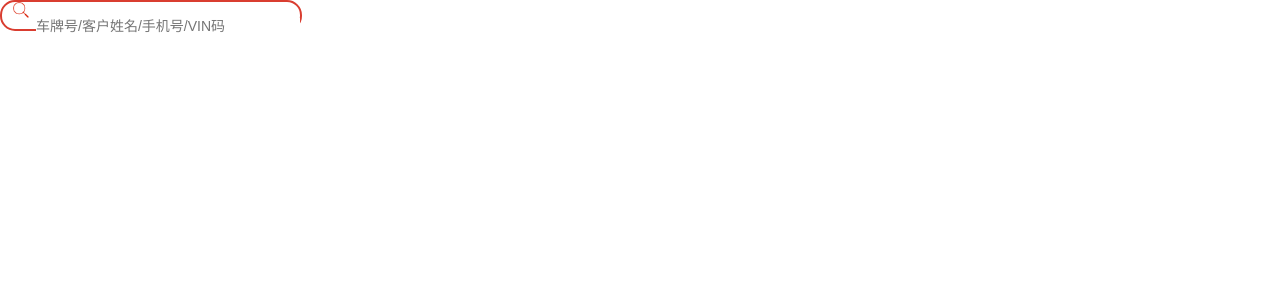
Repository: family-car/car
Page: deliverTask.html
These files come from the project's save history. The page is drawn as it stood at one moment and after the next save; the edit follows.
The browser window is 1280 px wide. The pictures show the whole page.

Above is the page before, as saved 2020-05-12 10:41:33.
Not found: src/js/entry/deliverTask.js

### deliverTask.html
<!-- HTML5文件 -->
<!DOCTYPE html>
<html>
<head>
	<meta charset="utf-8" />
	<meta name="viewport" content="width=device-width,minimum-scale=1.0,maximum-scale=1.0,user-scalable=no"/>
	<meta content="telephone=no,email=no" name="format-detection">
	<meta name="wap-font-scale" content="no">
	<title>送车任务</title>
	<!-- ui框架引入css -->
	<link href="lib/weui/weui.min.css" rel="stylesheet" type="text/css" />
	<link href="lib/weui/jquery-weui.min.css" rel="stylesheet" type="text/css" />
	<!-- 公用样式css -->
	<link href="src/css/base.css" rel="stylesheet" type="text/css" />
	<!-- 界面引入css -->
  <link href="src/css/app/deliverTask.css" rel="stylesheet" type="text/css" />
  <!-- jquery引入 -->
  <script type="text/javascript" src="lib/jquery/jquery-2.1.4.min.js"></script>
  <script type="text/javascript" src="lib/unit.js"></script>
</head>
<body>

<div class="main bot44">
    <div class="taskSearch">
        <div class="searchInput cf">
            <span class="fl flex flex-center"><img src="src/image/search.png"/></span>
            <input type="text" placeholder="车牌号/客户姓名/手机号/VIN码" class="fr"/>
        </div>
    </div>

</div>

<!-- jquery引入 -->
<script type="text/javascript" src="lib/jquery/swiper.js"></script>
<script type="text/javascript" src="src/js/entry/deliverTask.js"></script>
</body>
</html>

### src/css/base.css
*,
*:after,
*:before {
    -webkit-box-sizing: border-box;
    box-sizing: border-box;
}
[v-cloak] {
  display: none;
}
a,
blockquote,
body,
code,
dd,
div,
dl,
dt,
em,
fieldset,
form,
h1,
h2,
h3,
h4,
h5,
h6,
iframe,
img,
input,
label,
li,
object,
ol,
p,
q,
small,
span,
strong,
table,
tbody,
td,
th,
tr,
ul {
    margin: 0;
    padding: 0;
    border: 0;
}
input{
	outline: none;
}
body,
html {
    width: 100%;
}

body {
    margin: 0 auto;
    line-height: 1;
    font-size: 14px;
    font-family: 'STHeiti', 'Microsoft YaHei', Helvetica, Arial, sans-serif;
    -webkit-text-size-adjust: none;
    -webkit-tap-highlight-color: rgba(0, 0, 0, 0);
}

h1,
h2,
h3,
h4,
h5,
h6 {
    font-size: .28rem;
    font-weight: normal;
}

a,
a:active,
a:focus,
a:hover,
a:visited {
    text-decoration: none;
    color: #393939;
}

a,
img {
    -webkit-touch-callout: none;
}

li,
ol,
ul {
    list-style: none;
}

input[type="password"],
input[type="tel"],
input[type="text"],
select,
textarea {
    display: block;
    width: 100%;
    line-height: 1.2;
    font-size:14px;
    resize: none;
    outline: 0;
    vertical-align: middle;
    background-color: #fff;
    background-image: none;
    border: 0;
    white-space: pre-wrap;
    word-wrap: break-word;
    -webkit-appearance: none;
}

p {
    background-color: transparent;
    word-break: break-all;
}

em,
i {
    font-style: normal;
}
@font-face {
    font-family: 'iconfont';
    src: url("../font/icomoon.eot");
    src: url("../font/icomoon.eot?#iefix") format("embedded-opentype"), url("../font/icomoon.ttf") format("truetype"), url("../font/icomoon.svg#iconfont") format("svg");
}

html {
    background: #fff;
}

body {
    background: #fff;
    color: #000;
}

.fl {
    float: left;
}

.fr {
    float: right;
}

.cf:after {
    display: block;
    clear: both;
    content: "";
    visibility: hidden;
    height: 0;
}

.tr {
    text-align: right;
}

.tc {
    text-align: center;
}

.td-underline {
    text-decoration: underline;
}

.tm {
    vertical-align: middle;
}
.boxSizing{
    box-sizing:border-box;
    -moz-box-sizing:border-box; /* Firefox */
    -webkit-box-sizing:border-box;
}

.flex {
    display: -webkit-box !important;
    display: -webkit-flex !important;
    display: -ms-flexbox !important;
    display: flex !important;
    -webkit-flex-wrap: wrap;
    -ms-flex-wrap: wrap;
    flex-wrap: wrap;
}

.flex .cell {
    -webkit-box-flex: 1;
    -webkit-flex: 1;
    -ms-flex: 1;
    flex: 1;
    width: 0;
    -webkit-flex-basis: 0;
    -ms-flex-preferred-size: 0;
    flex-basis: 0;
    max-width: 100%;
    display: block;
    padding: 0 !important;
    position: relative;
}
.flex .cell2{
    -webkit-box-flex: 2;
    -webkit-flex: 2;
    -ms-flex: 2;
    flex: 2;
}


.flex .cell.hide {
    display: none;
}

.flex .flex-130 {
    -webkit-box-flex: 150!important;
    -webkit-flex: 130!important;
    -ms-flex: 130!important;
    flex: 130!important;
}

.flex .flex-200 {
    -webkit-box-flex: 200!important;
    -webkit-flex: 200!important;
    -ms-flex: 200!important;
    flex: 200!important;
}

.flex-center {
    -webkit-box-pack: center;
    -webkit-justify-content: center;
    justify-content: center;
    -webkit-box-align: center;
    -webkit-align-items: center;
    align-content: center;
}
.flex-between {
    -webkit-box-pack: center;
    -webkit-justify-content: space-between;
    justify-content: space-between;
    -webkit-box-align: center;
    -webkit-align-items: center;
    align-content: center;
}

.img-responsive {
    display: inline-block;
    width: 100%;
}

.bg-white {
    background: #fff;
}

.bg-orange {
    background: #fa462d;
}

.bg-blue {
    background: #246EBE;
}
.bg-green{color:#0BA66D;}
.bg-light-green{color:#56dfb3;}
.bg-gray {
    background: #f3f4f6;
}

.bg-light-yellow {
    background: #fbf8ec;
}

.bg-disabled {
    background: #9d9d9d;
}

.color-blue {
    color: #246EBE;
}

.color-muted {
    color: #9d9d9d;
}

.color-orange {
    color: #fa462d;
}

.color-white {
    color: #fff;
}

.color-gray {
    color: #848689;
}
.color-green{color:#0BA66D;}
.color-light-green{color:#56dfb3;}
.color-red{color:#f23030;}
.color-block{color:#393939;}

.relative {
    position: relative;
}

.overflow {
    overflow: hidden;
}

.ellipsis {
    white-space: nowrap;
    overflow: hidden;
    text-overflow: ellipsis;
}

.clamp {
    display: -webkit-box;
    overflow: hidden;
    text-overflow: ellipsis;
    -webkit-line-clamp: 2;
    -webkit-box-orient: vertical;
}

.animate {
    -webkit-animation-play-state: paused;
}

.hide {
    display: none;
}

.footbar-default .coagent span:before,
.iconfont,
.panel-selector .list li .fr:after,
.select:before {
    font-family: "iconfont" !important;
    font-size: .28rem;
    font-style: normal;
    -webkit-font-smoothing: antialiased;
    -webkit-text-stroke-width: 2px;
    -moz-osx-font-smoothing: grayscale;
}
.btn {
    display: inline-block;
    padding: .18rem .2rem;
    vertical-align: middle;
    font-size: .26rem;
    font-weight: normal;
    line-height: 1;
    text-align: center;
    white-space: nowrap;
    background-image: none;
    border: 1px solid transparent;
    border-radius: .06rem;
    cursor: pointer;
    outline: 0;
    -webkit-appearance: none;
    -webkit-user-select: none;
    -moz-user-select: none;
    -ms-user-select: none;
    user-select: none;
}

.btn-default {
    color: #393939;
    background-color: #fff;
    border-color: #ccc;
}

.btn-primary {
    color: #fff;
    background-color: #0ba66d;
    border-color: #0ba66d;
}

.btn-primary-outline {
    color: #0ba66d;
    background-color: #fff;
    border-color: #0ba66d;
}

.btn-default-outline {
    color: #393939;
    background-color: #fff;
    border-color: #d7d7d7;
}

.btn-disabled {
    color: #fff;
    background-color: #9d9d9d;
    border-color: #9d9d9d;
}

.btn-block {
    display: block;
    width: 100%;
    padding-left: 0;
    padding-right: 0;
}

.btn-primary:active {
    color: #fff;
    background-color: #0ba66d;
    border-color: #0ba66d;
}

.btn-disabled:active {
    color: #fff;
    background-color: #9d9d9d;
    border-color: #9d9d9d;
}

.btn-default:active {
    color: #393939;
    background-color: #d7d7d7;
    border-color: #d7d7d7;
}

.btn-search {
    padding: .06rem .1rem;
    margin-left: .05rem;
    line-height: .4rem;
}

.pd8 {
    padding-right: .8rem;
    padding-left: .8rem;
}

.badge-outline {
    background: #fff;
    border: 1px solid #0ba66d;
    color: #0ba66d;
}

.no_info {
    color: #9d9d9d;
    line-height: 2.2rem;
    text-align: center;
}

.footbar {
    position: fixed;
    left: 0;
    right: 0;
    bottom: 0;
    z-index: 999999;
}
.footbar-default {
    height: 1.01rem;
    background-color: #fff;
    border-top: 1px solid #d7d7d7;
}
/*字体*/
.icon-detail:before {
    content: '\e93b';
}
.icon-floder:before {
    content: '\e91b';
}
.icon-home:before {
    content: '\e901';
}
.icon-order:before {
    content: '\e908';
}
.icon-mine:before {
    content: '\e905';
}
.icon-upload::before{
    content: '\e91c';
}
.icon-add::before{
    content: '\e91e';
}
.icon-detele::before{
    content: '\e920';
}
.icon-warn::before{
    content: '\e91a';
}
.icon-arrow::before{
    content:'\e916'
}
.icon-course::before{
    content:'\e908'
}

 #loading{
     position:fixed;
     top:0;left:0;
     width:100%;height:100%;
     background: rgba(0,0,0,.7);
     z-index:999;
}
 #loading .loader-01{
     position:absolute;top:50%;left:50%;
     width:60px;height:60px;
     margin-top:-30px;
     margin-left:-30px;
     color: #fff;
}
/*button*/
.vehicleEntry_btn{
    color: #F12222;
    width: 206px;
    height: 30px;
    background: #F12222;
    border-radius: 15px;
    color: #fff;
    text-align: center;
    line-height: 30px;
    margin: 0 auto;
    margin-bottom: 20px;
}

### src/css/app/deliverTask.css
.taskSearch{
    background: #fff;
}
.searchInput{
    width: 302px;
    height: 31px;
    border:2px solid #D93D30;
    border-radius: 15px;
}
.searchInput span{
    display: block;
    width: 38px;
}
.searchInput span img{
   width: 16px;
}
.searchInput input{
    width: 264px;
}

Loaded but not shown: lib/weui/weui.min.css (library); lib/weui/jquery-weui.min.css (library); lib/jquery/jquery-2.1.4.min.js (library); lib/unit.js (library); lib/jquery/swiper.js (library)

After the next save:
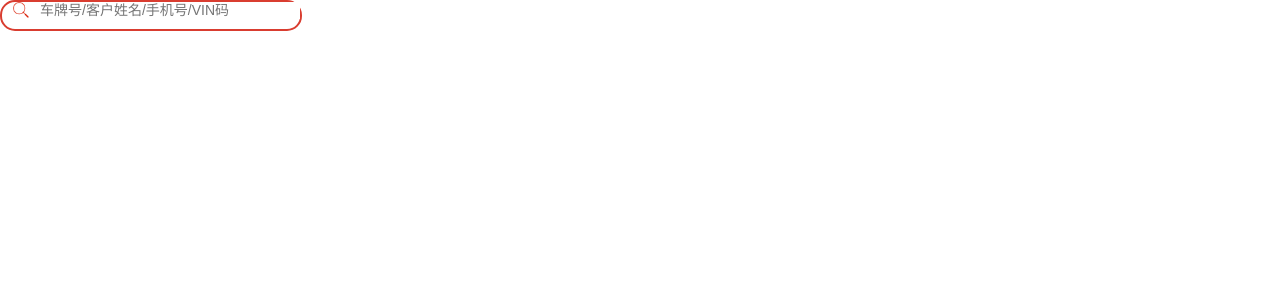
Saved 34 s later.
--- a/src/css/app/deliverTask.css
+++ b/src/css/app/deliverTask.css
@@ -15,5 +15,5 @@
    width: 16px;
 }
 .searchInput input{
-    width: 264px;
+    width: 260px;
 }
